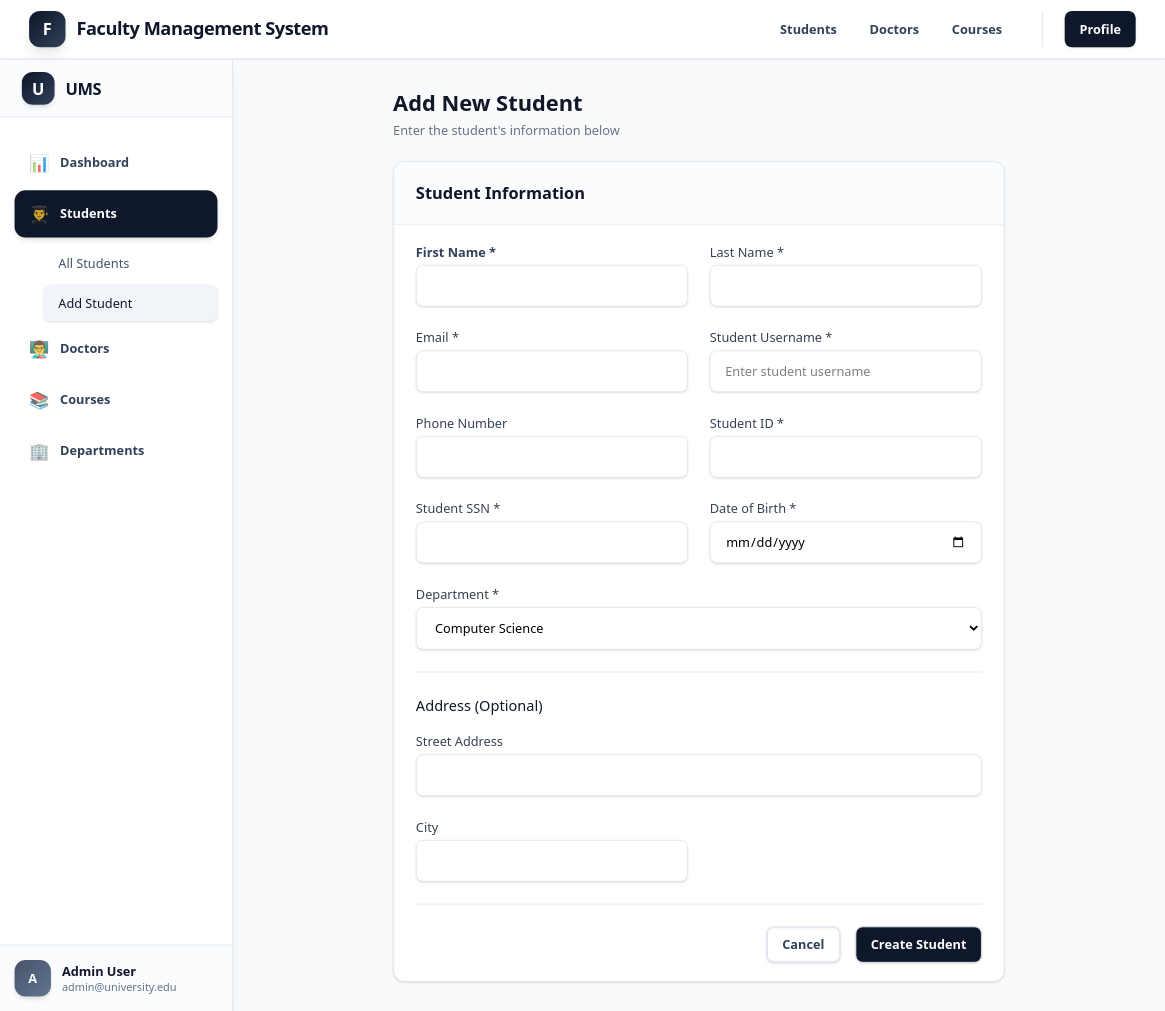
Repository: Mohamedmohsen179/Advanced-DB-Task
Page: /students/new (app in frontend/)
These files come from the project's save history. The page is drawn as it stood at one moment and after the next save; the edit follows.
The browser window is 1280 px wide. The pictures show the whole page, at 91% of full size.
The page's requests for data from a server got no answer. The project was rebuilt for these pictures with package versions that can differ from the ones it lists, and the page was loaded fresh each time. The framework's server and built-in components were replaced by stand-ins that run in the browser. No one was signed in, and anything a server would have sent is missing. Also part of the build but not shown: frontend/next.config.ts.

Above is the page before, as saved 2025-11-28 19:33:41.

After the next save:
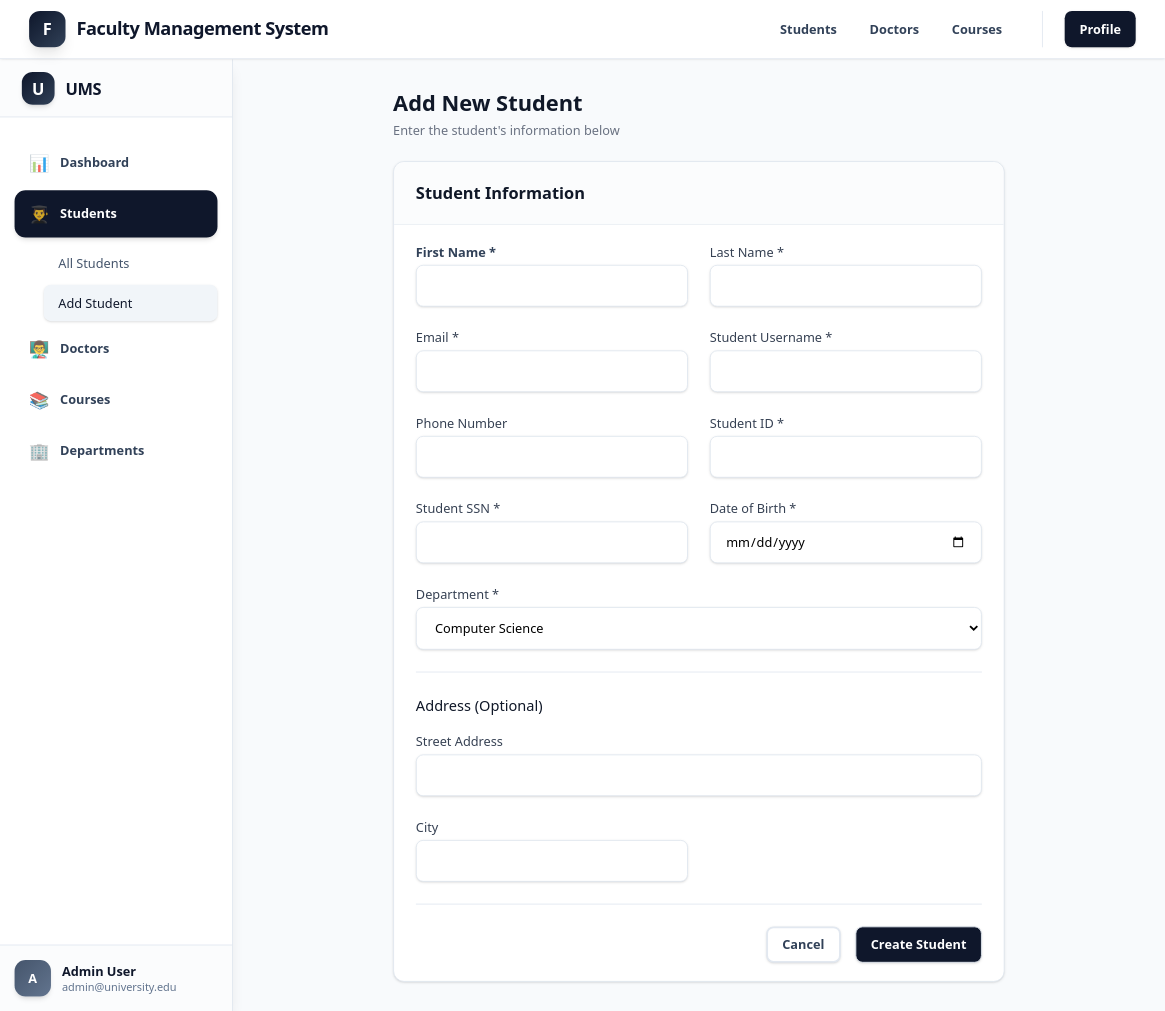
Saved 16 s later.
--- a/frontend/app/students/new/page.tsx
+++ b/frontend/app/students/new/page.tsx
@@ -163,7 +163,6 @@
                   required
                   value={formData.username}
                   onChange={handleInputChange}
-                  placeholder="Enter student username"
                   className="text-black mt-1 block w-full border border-slate-300 rounded-lg px-4 py-3 text-sm
            focus:outline-none focus:ring-2 focus:ring-slate-500 focus:border-slate-500
            transition-all duration-200 bg-white shadow-sm"
